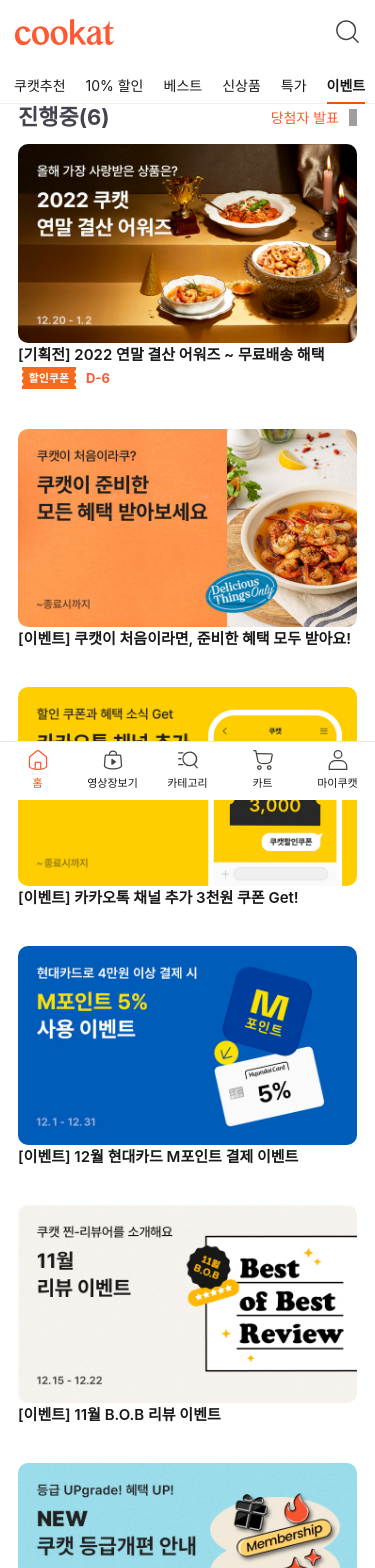
Repository: CooKat/Cookat
Page: event.html
The author's editor kept a copy of each file at every save. The page is drawn from the files as they stood at one save, then again after the next save.
The browser window is 375 px wide. The pictures show the part of the page from y = 0 to 1568 px (the page is 2567 px tall before and 2615 px after).
Pictures or frames that could not be fetched are drawn as grey boxes. A picture or video elsewhere on the page could not be fetched, so the positions and the page height are approximate. Some web fonts or font styles are not loaded; a fallback is used.

Above is the page before, as saved 2022-12-29 17:13:49.
Not found: css/responsive.css
Not found: js/ex1.js

### event.html
<!DOCTYPE html>
<html lang="ko-KR">
  <head>
    <meta charset="UTF-8" />
    <meta http-equiv="X-UA-Compatible" content="IE=edge" />
    <meta name="viewport" content="width=device-width, initial-scale=1.0" />
    <link rel="shortcut icon" type="image/x-icon" href="./images/1.png" />
    <link
      rel="stylesheet"
      as="style"
      crossorigin
      href="https://cdn.jsdelivr.net/gh/orioncactus/pretendard@v1.3.6/dist/web/static/pretendard.css"
    />
    <link
      href="https://cdn.jsdelivr.net/npm/remixicon@2.5.0/fonts/remixicon.css"
      rel="stylesheet"
    />
    <link
      rel="stylesheet"
      href="https://cdn.jsdelivr.net/npm/swiper/swiper-bundle.min.css"
    />
    <link rel="stylesheet" href="./css/main.css" />
    <link rel="stylesheet" href="./css/event.css" />
    <title>쿠캣</title>
  </head>
  <body>
    <div class="container">
      <!-- 상단 메뉴바 -->
      <header class="header">
        <a href="/" class="logo"
          ><img src="./images/logo-main.svg" alt="쿠캣마켓"
        /></a>
        <div class="menu swiper">
          <ul class="swiper-wrapper" role="menubar" aria-hidden="false">
            <li role="none" class="swiper-slide">
              <a role="menuitem" href="/">쿠캣추천</a>
            </li>
            <li class="swiper-slide" role="none">
              <a role="menuitem" href="/">10% 할인</a>
            </li>
            <li class="swiper-slide" role="none">
              <a role="menuitem" href="./best.html">베스트</a>
            </li>
            <li class="swiper-slide" role="none">
              <a role="menuitem" href="/">신상품</a>
            </li>
            <li class="swiper-slide" role="none">
              <a role="menuitem" href="./specialPrice.html">특가</a>
            </li>
            <li class="swiper-slide active" role="none">
              <a role="menuitem" href="/">이벤트</a>
            </li>
          </ul>
        </div>
        <button type="button" class="search">
          <img src="./images/ic-24-finder.svg" alt="검색 아이콘" />
        </button>
      </header>

      <main class="main">
        <section class="event">
          <!-- 진행중(6) 당첨자 발표 -->
          <div class="event-ing">
            <h2 class="event-ing-title">진행중(6)</h2>
            <a href="/"><p>당첨자 발표</p></a>
          </div>

          <!-- 행사 아이템들 -->
          <div class="item-list">
            <a href="/event.html">
              <div class="item-list-item">
                <img src="./images/event1.jpg" />
                <h2 class="item-list-title title-first">
                  [기획전] 2022 연말 결산 어워즈 ~ 무료배송 해택
                </h2>
                <div class="coupon-day">
                  <svg
                    xmlns="http://www.w3.org/2000/svg"
                    width="54"
                    height="22"
                    viewBox="0 0 54 22"
                  >
                    <g fill="none" fill-rule="evenodd">
                      <path
                        fill="#F56B1D"
                        d="M54 9.428V6.353c-.944 0-1.458-.771-1.458-1.639S53.195 3.143 54 3.143V0H0v3.143c.806 0 1.459.703 1.459 1.571S.806 6.286 0 6.286v3.142c.806 0 1.459.704 1.459 1.572 0 .868-.653 1.572-1.459 1.572v3.142c.806 0 1.459.704 1.459 1.572 0 .868-.653 1.571-1.459 1.571V22h54v-2.924c-.996 0-1.458-.77-1.458-1.639 0-.868.653-1.723 1.458-1.723v-3.051c-1.021 0-1.458-.795-1.458-1.663S53.195 9.428 54 9.428z"
                      />
                      <path
                        fill="#FFF"
                        fill-rule="nonzero"
                        d="M13.195 7.652V6.563H10.94v-.825H9.477v.825H7.222v1.089h5.973zm2.013 3.63V9.148h1.342V7.96h-1.342V5.804h-1.452v5.478h1.452zm-4.994-.077c.374 0 .715-.039 1.023-.116.308-.077.57-.187.787-.33.216-.143.383-.315.5-.517.117-.201.176-.43.176-.687 0-.257-.059-.488-.176-.693-.117-.205-.284-.38-.5-.523-.217-.143-.479-.253-.787-.33-.308-.077-.649-.115-1.023-.115-.374 0-.713.038-1.018.115-.304.077-.566.188-.786.33-.22.143-.389.318-.506.523-.117.205-.176.436-.176.693 0 .257.059.486.176.688.117.201.286.373.506.516.22.143.482.253.787.33.304.077.643.116 1.017.116zm0-1.023c-.337 0-.605-.051-.803-.154-.198-.103-.297-.26-.297-.473 0-.213.099-.372.297-.479.198-.106.466-.159.803-.159s.605.053.803.16c.198.106.297.265.297.478 0 .213-.099.37-.297.473-.198.103-.466.154-.803.154zm5.28 5.687v-1.056H9.972v-.561h5.236v-2.574H8.52v1.056h5.258v.528H8.531v2.607h6.963zm10.274-2.772V5.826h-1.463v7.271h1.463zm-5.511-1.496c.389 0 .75-.064 1.083-.193.334-.128.626-.306.875-.533.25-.227.444-.499.583-.814.14-.315.209-.656.209-1.023 0-.374-.07-.719-.209-1.034-.14-.315-.334-.587-.583-.814-.25-.227-.54-.405-.875-.534-.333-.128-.694-.192-1.083-.192s-.752.064-1.089.192c-.337.129-.629.307-.874.534-.246.227-.44.499-.584.814-.143.315-.214.66-.214 1.034 0 .367.072.708.215 1.023.143.315.337.587.583.814.245.227.537.405.874.534.337.128.7.192 1.089.192zm0-1.254c-.374 0-.691-.115-.952-.346-.26-.231-.39-.552-.39-.963 0-.418.13-.742.39-.973.26-.231.578-.347.952-.347.381 0 .698.115.951.347.254.23.38.555.38.973 0 .41-.127.732-.38.963-.252.23-.57.346-.951.346zm5.764 5.423v-1.155h-5.544v-2.233h-1.452v3.388h6.996zm6.754.154v-3.586h3.861v-1.177h-1.342c.169-.821.268-1.542.297-2.162.03-.62.044-1.19.044-1.71v-.913H28.54v1.155h5.698v.506c0 .169-.007.345-.022.528l-6.006.187.165 1.232 5.742-.297c-.03.227-.064.464-.104.71-.04.245-.09.5-.149.764h-6.38v1.177h3.839v3.586h1.452zm13.97-3.663v-1.155h-3.861v-.913h2.97V9.049h-1.21V7.344h1.287V6.189h-7.535v1.155h1.287v1.705h-1.221v1.144h2.97v.913h-3.839v1.155h9.152zm-3.542-3.212h-2.079V7.344h2.079v1.705zm2.519 6.721v-1.155h-5.566V12.91h-1.452v2.86h7.018z"
                      />
                    </g>
                  </svg>
                  <span class="coupon-date">D-6</span>
                </div>
              </div>
            </a>
          </div>

          <div class="item-list">
            <a href="/event.html">
              <div class="item-list-item">
                <img src="./images/event2.jpg" />
                <h2 class="item-list-title">
                  [이벤트] 쿠캣이 처음이라면, 준비한 혜택 모두 받아요!
                </h2>
              </div>
            </a>
          </div>

          <div class="item-list">
            <a href="/event.html">
              <div class="item-list-item">
                <img src="./images/event3.jpg" />
                <h2 class="item-list-title">
                  [이벤트] 카카오톡 채널 추가 3천원 쿠폰 Get!
                </h2>
              </div>
            </a>
          </div>

          <div class="item-list">
            <a href="/event.html">
              <div class="item-list-item">
                <img src="./images/event4.jpg" />
                <h2 class="item-list-title">
                  [이벤트] 12월 현대카드 M포인트 결제 이벤트
                </h2>
              </div>
            </a>
          </div>

          <div class="item-list">
            <a href="/event.html">
              <div class="item-list-item">
                <img src="./images/event5.jpg" />
                <h2 class="item-list-title">[이벤트] 11월 B.O.B 리뷰 이벤트</h2>
              </div>
            </a>
          </div>

          <div class="item-list">
            <a href="/event.html">
              <div class="item-list-item">
                <img src="./images/event6.jpg" />
                <h2 class="item-list-title">
                  [공지사항] NEW 쿠캣 등급 개편 안내
                </h2>
              </div>
            </a>
          </div>
        </section>
      </main>

      <!-- footer -->
      <footer class="footer">
        <div class="center-info-container">
          <h2 class="center-info">쿠캣 고객센터</h2>
          <span class="time-info"
            >평일 <time>10:00</time> ~ <time>18:00</time> (점심시간
            <time>13:00</time> ~ <time>14:00</time>)</span
          >

          <a href="tel:1668-3525" class="center-contact"> 고객센터</a>
        </div>
        <div class="business-info-container">
          <div class="business-info-title-container">
            <h2 class="business-info">(주) 쿠캣 사업자 정보</h2>
            <button class="business-info-toggle-btn">
              <img
                alt="addit-toggle-img"
                src="	https://crcf.cookatmarket.com/assets/mobile/img/using_guide/ic-16-close-bold.svg"
              />
            </button>
          </div>

          <ul class="business-info-list">
            <li class="business-info-item">
              <label for="representative">대표자</label
              ><span id="representative">이문주</span>
            </li>
            <li class="business-info-item">
              <label for="address">주소</label>
              <address id="address">
                서울특별시 강남구 영동대로112길 36, 3층, 지하 1층 (삼성동,
                오티씨타워)
              </address>
            </li>
            <li class="business-info-item">
              <label
                for="
              business-number"
                >사업자등록번호</label
              ><span id=" business-number">
                110-86-12995
                <a class="business-info-check" href="/"
                  >사업자정보 확인</a
                ></span
              >
            </li>
            <li class="business-info-item">
              <label for="mail-order-number">통신판매업 신고번호</label
              ><span
                id="
              mail-order-number"
                >2018-서울강남-01681</span
              >
            </li>
            <li class="business-info-item">
              <div class="center-info-flexcontent-container">
                <label
                  for="
              service-center"
                  >고객센터</label
                >
                <div class="center-info-content-container">
                  <a
                    id="service-center"
                    href="tel:1668-3525
              "
                    >1668-3525
                  </a>
                  <span id="service-center"
                    >평일 <time>10:00</time> ~ <time>18:00</time> (점심시간
                    <time>13:00</time> ~ <time>14:00</time>) 주말
                    <time>10:00</time> ~ <time>13:00</time></span
                  >
                </div>
              </div>
            </li>
            <li class="business-info-item">
              <label for="marketing-email">마케팅 제휴문의</label
              ><span id="marketing-email">marketing@cookat.co</span>
            </li>
            <li class="business-info-item">
              <label
                for="
              goods-email"
                >상품 제휴문의</label
              ><span id=" goods-email">
                <span>product@cookat.co<br /></span
              ></span>
            </li>
            <li class="business-info-item">
              <label for="person-in-charge">개인정보보호 책임자</label
              ><span id="person-in-charge"> 주지석 (jiseok.joo@cookat.co)</span>
            </li>
          </ul>

          <small class="copyright">
            Copyright © 쿠캣. All rights reserved.</small
          >
          <ul class="more-details-list">
            <li><a class="more-details" href="/">이용약관</a></li>
            <li>
              <a class="more-details" id="qkdcla" href="/">개인정보 처리방침</a>
            </li>
            <li><a class="more-details" href="/">공지사항</a></li>
          </ul>
        </div>

        <div class="additional-container">
          <a href="/">로그인</a>
          <a id="app-down" href="/"> APP다운</a>
        </div>
      </footer>

      <!-- 하단바 -->
      <nav class="fix-footer-menu">
        <ul>
          <li class="my-home on"><a href="/">홈</a></li>
          <li class="my-video"><a href="/">영상장보기</a></li>
          <li class="my-menu"><a href="/">카테고리</a></li>
          <li class="my-cart"><a href="/">카트</a></li>
          <li class="my-cookat"><a href="/">마이쿠캣</a></li>
        </ul>
      </nav>
    </div>

    <!-- Swiper JS -->
    <script src="https://cdn.jsdelivr.net/npm/swiper/swiper-bundle.min.js"></script>
    <!-- Initialize Swiper -->
    <script src="./js/ex1.js"></script>
    <script>
      var menu = new Swiper('.menu.swiper', {
        slidesPerView: 'auto',
        freeMode: true,
      });
    </script>
  </body>
</html>

### css/event.css
main {
  padding: 0 18px;
}

.event-ing {
  display: flex;
  flex-flow: row nowrap;
  justify-content: space-between;
  align-items: center;
  margin-top: var(--spacing-xxl);
  margin-bottom: var(--spacing-md);
}

.event-ing-title {
  font-size: var(--text-xl);
  line-height: var(--text-xxl);
  color: var(--color-black);
  font-weight: 700;
}

.event-ing p {
  color: #ff5833;
  font-size: var(--text-sm);
}
.event-ing p::after {
  content: '';
  color: #ff5833;
  margin-left: var(--spacing-xxs);
  padding-left: var(--spacing-md);
  background: url('https://crcf.cookatmarket.com/assets/mobile/img/using_guide/ic-16-next-orange-fit.svg')
    no-repeat 6px;
}

.item-list {
}

.item-list-item {
}

.item-list-item img {
  border-radius: 10px;
}

.item-list-title {
  font-size: var(--text-lg);
  line-height: var(--text-xxl);
  font-weight: 600;
  margin-bottom: var(--spacing-xxxl);
}

.title-first {
  margin-bottom: 0;
}

.item-list-title h2:first-child {
  margin-bottom: 0;
}

.coupon-day {
  margin-top: var(--spacing-xxs);
  display: flex;
  flex-flow: row nowrap;
  margin-bottom: var(--spacing-xxxl);
}

.item-list-item svg {
  margin-left: var(--spacing-xxs);
}
.coupon-date {
  color: #ff5833;
  line-height: var(--text-xl);
  font-size: var(--text-xs);
  align-items: center;
  font-weight: 700;
  padding-left: var(--spacing-sm);
}

@media (max-width: 500px) {
  .item-list-title {
    font-size: 4vw;
    line-height: 2vh;
  }
}

### css/theme.css
:root {
  /* 수식 단축키 art+shift+M */
  --color-white: #ffffff;
  --color-blank: #f9f9f9;
  --color-cement: #9d9995;
  --color-placeholder: #bbb8b5;
  --color-deep-orange: #eb5500;
  --color-border: #e9e8e2;
  --color-success: #579bdb;
  --color-black: #46434f;
  --color-gray: #9d999d;
  --color-greyish-brown: #5b5752;

  --spacing-sxxs: 0.125rem; /* 2px */
  --spacing-xxs: 0.25rem; /* 4px */
  --spacing-xs: 0.5rem; /* 8px */
  --spacing-sm: 0.625rem; /* 10px */
  --spacing-xm: 0.75rem; /* 12px */
  --spacing-md: 0.875rem; /* 14px */
  --spacing-m: 0.937rem; /* 15px */
  --spacing-base: 1rem; /* 16px */
  --spacing-lg: 1.125rem; /* 18px */
  --spacing-l: 1.25rem; /* 20px */
  --spacing-xl: 1.5rem; /* 24px */
  --spacing-xxl: 2rem; /* 32px */
  --spacing-xxxl: 2.5rem; /* 40px */

  --spacing-6: 3.75rem; /* 60px */

  --text-sxxs: 0.6875rem; /* 11px */
  --text-xxs: 0.75rem; /* 12px */
  --text-xs: 0.8125rem; /* 13px */
  --text-sm: 0.875rem; /* 14px */
  --text-md: 0.9375rem; /* 15px */
  --text-base: 1rem; /* 16px */
  --text-lg: 1.125rem; /* 18px */
  --text-xl: 1.375rem; /* 22px */
  --text-xxl: 1.625rem; /* 26px */

  --swiper-navigation-size: 1.125rem; /* 18px */

  --max-width: 31.25rem; /* 500px */
}

Loaded but not shown: css/normalize.css (library); css/reset.css (common file); css/main.css (973 lines, source omitted)

After the next save:
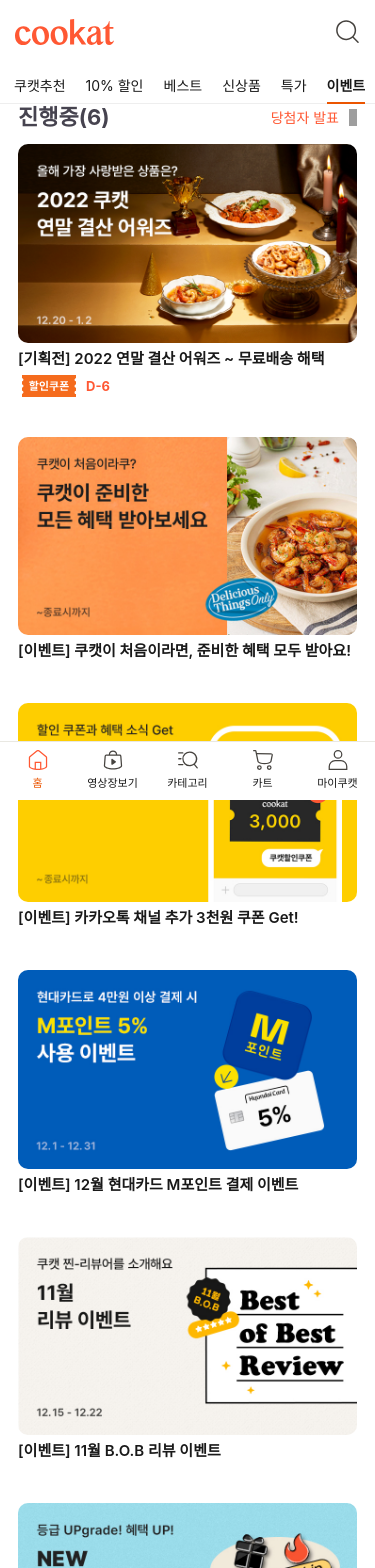
Saved 10 s later.
--- a/css/event.css
+++ b/css/event.css
@@ -78,6 +78,6 @@
 @media (max-width: 500px) {
   .item-list-title {
     font-size: 4vw;
-    line-height: 2vh;
+    line-height: 3vh;
   }
 }
